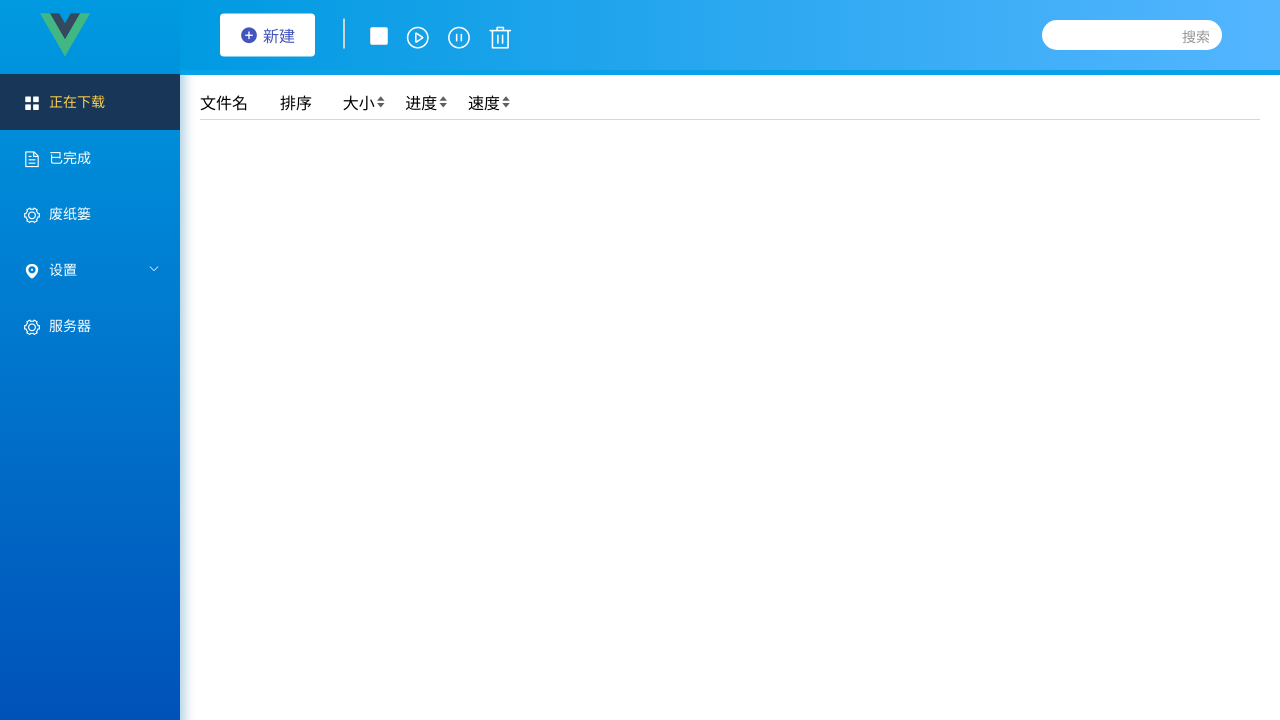
Repository: Ahui-qn/Aria2
Page: /
These files come from the project's save history. The page is drawn as it stood at one moment and after the next save; the edit follows.
The browser window is 1280 px wide. The pictures show the whole page.
The page's requests for data from a server got no answer. The project was rebuilt for these pictures with package versions that can differ from the ones it lists, and the page was loaded fresh each time. No one was signed in, and anything a server would have sent is missing. Also part of the build but not shown: src/components/Tables.vue.

Above is the page before, as saved 2021-11-03 11:32:02.

After the next save:
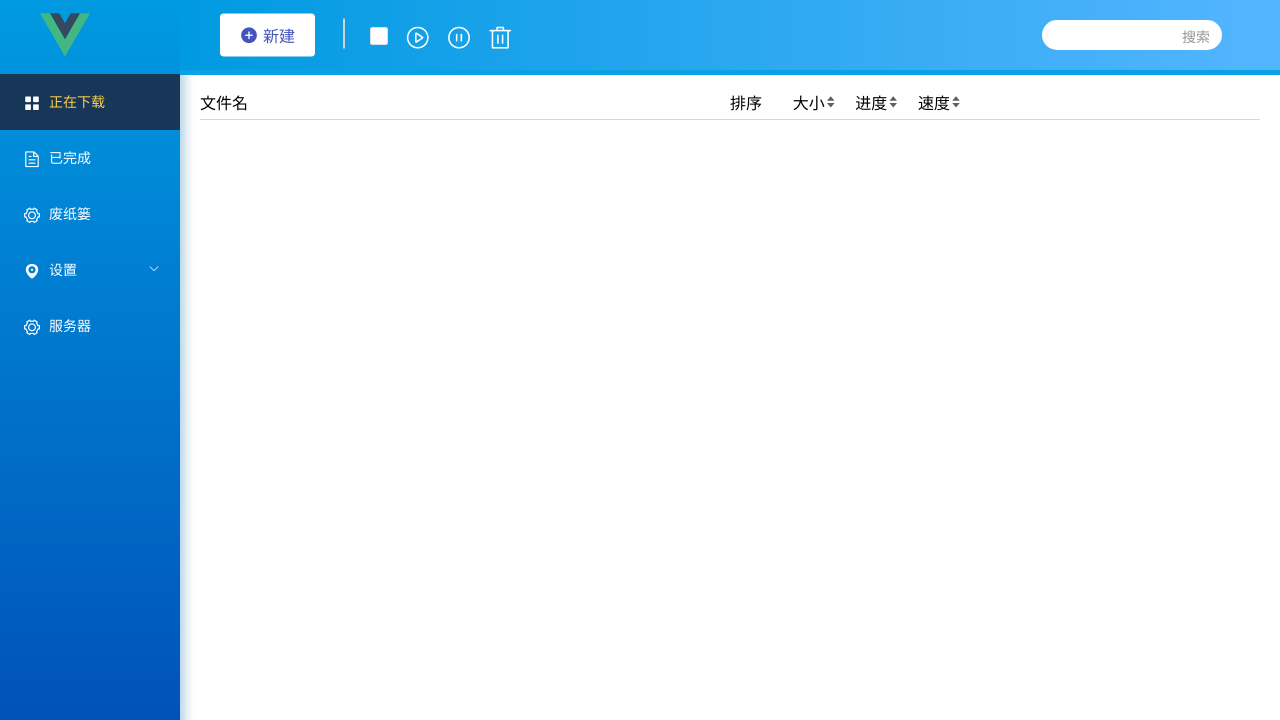
Saved 10 s later.
--- a/src/components/Header.vue
+++ b/src/components/Header.vue
@@ -8,7 +8,7 @@
         div.container {
             position: absolute;
             top: 0;
-            left: 80px;
+            left: 50%;
             display: flex;
             width: 220px;
             justify-content: space-between;
